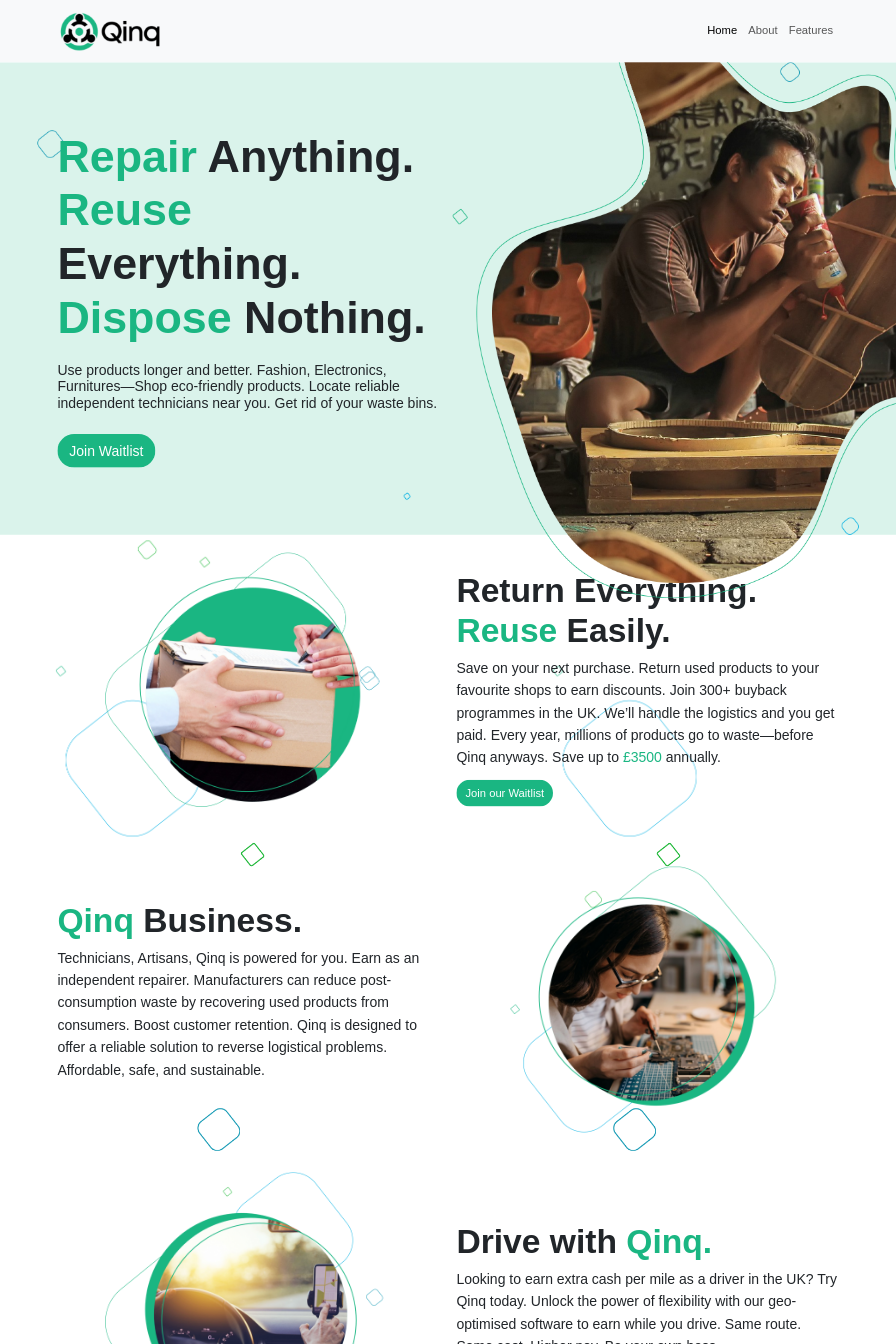
Repository: HelloQinq2023/qinq.github.io
Page: index.html
The author's editor kept a copy of each file at every save. The page is drawn from the files as they stood at one save, then again after the next save.
The browser window is 1280 px wide. The pictures show the part of the page from y = 0 to 1920 px (the page is 2650 px tall before and 2619 px after), at 70% of full size.
Backgrounds fixed to the window are drawn as part of the page. Some web fonts or font styles are not loaded; a fallback is used.

Above is the page before, as saved 2023-02-23 12:49:32.

### index.html
<!doctype html>
<html lang="en">
  <head>
    <meta charset="utf-8">
    <meta name="viewport" content="width=device-width, initial-scale=1">
    <title>Qinq</title>
    <link href="https://cdn.jsdelivr.net/npm/bootstrap@5.3.0-alpha1/dist/css/bootstrap.min.css" rel="stylesheet" integrity="sha384-GLhlTQ8iRABdZLl6O3oVMWSktQOp6b7In1Zl3/Jr59b6EGGoI1aFkw7cmDA6j6gD" crossorigin="anonymous">
    <link rel="stylesheet" type="text/css" href="css/style.css" />
    <link rel="icon" href="images/fav/favicon.ico" sizes="16x16" />

  </head>
  <body>
    <nav class="navbar navbar-expand-lg bg-body-tertiary" style="z-index:2">
        <div class="container">
          <a class="navbar-brand" href="#"><img src="images/logo.png" class="w-50"></a>
          <button class="navbar-toggler" type="button" data-bs-toggle="collapse" data-bs-target="#navbarNav" aria-controls="navbarNav" aria-expanded="false" aria-label="Toggle navigation">
            <span class="navbar-toggler-icon"></span>
          </button>
          <div class="collapse navbar-collapse" id="navbarNav">
            <ul class="navbar-nav ms-auto">
              <li class="nav-item">
                <a class="nav-link active" aria-current="page" href="#">Home</a>
              </li>
              <li class="nav-item">
                <a class="nav-link" href="#">About</a>
              </li>
              <li class="nav-item">
                <a class="nav-link" href="#">Features</a>
              </li>
            </ul>
          </div>
        </div>
      </nav>

      <section id="hero" style="background:url('images/herobg.png'), rgba(26,182,130, 0.16);  background-size:contain; background-repeat: no-repeat;  background-attachment: fixed; background-position: center;" class="py-5">
        <div class="container py-5">
            <div class="row">
                <div class="col-md-6">
                    <h1 class="display-3" style="font-weight:600">
                        <span class="green">Repair</span> Anything. <br>
                        <span class="green">Reuse</span> Everything.<br>
                        <span class="green">Dispose</span> Nothing.
                    </h1>
                    <p class="mt-4 h5" >Use products longer and better.
                        Fashion, Electronics, Furnitures—Shop eco-friendly products. Locate reliable independent technicians near you. Get rid of your waste bins.</p>

                        <button class="btn mt-4 rounded-pill greenbg text-white btn-lg btn-outline-0" type="button" data-bs-toggle="modal" data-bs-target="#exampleModal">Join Waitlist</button>

                </div>
                <div class="col-md-6 d-flex justify-content-center align-items-center ">
                    <img src="images/wm2.png" style="position:absolute; top:10; right:0; width:600px; float:right" class="d-none d-md-block">
                </div>
            </div>
        </div>
      </section>


      <section id="about"  class="pt-2 d-block d-md-none">
        <div class="container py-5 mt-2" style="background:url('images/about1section.png'); background-size:contain">
          <div class="row">
              <div class="col-md-6 d-flex justify-content-center align-items-center">
                  <img src="images/about1.png" class="w-75 img-fluid img-responsive img">
              </div>
              <div class="col-md-6 d-flex justify-content-center align-items-center">
                  <div>
                      <h2 class="display-5" style="font-weight:600">About<span class="green"> Qinq</span></h2>
                      <p>Qinq extends your favourite products’ lifespans with the magic of now.
                          Originating from “kink” meaning “a sharp curve in something that is otherwise straight”. Similarly, Qinq closes the product use loops—repair and reuse easily. Endless possibilities to earn, save and share.</p>
                  </div>
              </div>
          </div>
      </div>


      <div class="container py-3 mt-2" style="background:url('images/about2section.png'); background-size:contain">
          <div class="row">
              <div class="col-md-6 d-flex justify-content-center align-items-center">
                  <div>
                      <h2 class="display-5" style="font-weight:600">Don’t Bin It. <span class="green">Qinq</span> it.</h2>
                      <p>Furnitures, Electronics, Fashion.
                          Many abandoned products are easily fixable. Qinq ensures they last longer— for both the environment and your wallet.
                          Repair with your favourite brands and 1000+ verified affordable independent technicians at your fingertips.
                          <br>
                          Request a pick up at the incredible speed of now.</p>
                          <button class="btn greenbg text-white rounded-pill"> Join our Waitlist</button>
                  </div>
              </div>
              <div class="col-md-6 d-flex justify-content-center align-items-center">
                  <img src="images/about2.png" class="w-75 img-fluid img-responsive img">
              </div>
          </div>

      </div>
    </section>
      <section id="about"  class="pt-5 mt-2 d-block d-md-none  d-none d-md-block">
        <div class="container py-5 mt-5" style="background:url('images/about1section.png'); background-size:contain">
            <div class="row">
                <div class="col-md-6 d-flex justify-content-center align-items-center">
                    <img src="images/about1.png" class="w-75 img-fluid img-responsive img">
                </div>
                <div class="col-md-6 d-flex justify-content-center align-items-center">
                    <div>
                        <h2 class="display-5" style="font-weight:600">About<span class="green"> Qinq</span></h2>
                        <p>Qinq extends your favourite products’ lifespans with the magic of now.
                            Originating from “kink” meaning “a sharp curve in something that is otherwise straight”. Similarly, Qinq closes the product use loops—repair and reuse easily. Endless possibilities to earn, save and share.</p>
                    </div>
                </div>
            </div>
        </div>


        <div class="container py-3 mt-2" style="background:url('images/about2section.png'); background-size:contain">
            <div class="row">
                <div class="col-md-6 d-flex justify-content-center align-items-center">
                    <div>
                        <h2 class="display-5" style="font-weight:600">Don’t Bin It. <span class="green">Qinq</span> it.</h2>
                        <p>Furnitures, Electronics, Fashion.
                            Many abandoned products are easily fixable. Qinq ensures they last longer— for both the environment and your wallet.
                            Repair with your favourite brands and 1000+ verified affordable independent technicians at your fingertips.
                            <br>
                            Request a pick up at the incredible speed of now.</p>
                            <button class="btn greenbg text-white rounded-pill"> Join our Waitlist</button>
                    </div>
                </div>
                <div class="col-md-6 d-flex justify-content-center align-items-center">
                    <img src="images/about2.png" class="w-75 img-fluid img-responsive img">
                </div>
            </div>

        </div>
      </section>

      <section id="features">
        <div class="container py-3 mt-2" style="background:url('images/about2section.png'); background-size:contain; background-position:50% 50%">
            <div class="row">
                <div class="col-md-6 d-flex justify-content-center align-items-center">
                    <img src="images/features.png" class="w-75 img-fluid img-responsive img">
                </div>
                <div class="col-md-6 d-flex justify-content-center align-items-center">
                    <div>
                        <h2 class="display-5" style="font-weight:600">Return Everything.<span class="green"> Reuse</span> Easily.</h2>
                        <p>Save on your next purchase. Return used products to your favourite shops to earn discounts. Join 300+ buyback programmes in the UK. We’ll handle the logistics and you get paid.
                            Every year, millions of products go to waste—before Qinq anyways. Save up to <span class="green">£3500</span> annually.</p>

                            <button class="btn greenbg text-white rounded-pill"> Join our Waitlist</button>
                    </div>
                </div>
            </div>
        </div>

        <div class="container py-3 mt-2" style="background:url('images/features2bg.png'); background-size:contain; background-position:center 10%">
            <div class="row">
                <div class="col-md-6 d-flex justify-content-center align-items-center">
                    <div>
                        <h2 class="display-5" style="font-weight:600"><span class="green">Qinq</span> Business.</h2>
                        <p>Technicians, Artisans, Qinq is powered for you. Earn as an independent repairer.
                            Manufacturers can reduce post-consumption waste by recovering used products from consumers. Boost customer retention. Qinq is designed to offer a reliable solution to reverse logistical problems. Affordable, safe, and sustainable.</p>
                    </div>
                </div>
                <div class="col-md-6 d-flex justify-content-center align-items-center">
                    <img src="images/features1.png" class="w-75 img-fluid img-responsive img">
                </div>
            </div>

        </div>


        <div class="container py-3 mt-2">
            <div class="row">
                <div class="col-md-6 d-flex justify-content-center align-items-center">
                    <img src="images/features2.png" class="w-75 img-fluid img-responsive img">
                </div>
                <div class="col-md-6 d-flex justify-content-center align-items-center">
                    <div>
                        <h2 class="display-5" style="font-weight:600">Drive with<span class="green"> Qinq.</span></h2>
                        <p>Looking to earn extra cash per mile as a driver in the UK? Try Qinq today.
                            Unlock the power of flexibility with our geo-optimised software to earn while you drive.
                            Same route. Same cost. Higher pay. Be your own boss.</p>

                            <button class="btn greenbg text-white rounded-pill"> Join our Waitlist</button>
                    </div>
                </div>
            </div>
        </div>
      </section>

      <section id="imagine" class="py-5" style="background-image:url('images/footerbg.png'); background-size:contain">
        <div class="container text-center py-5 text-white">
            <h2 class="display-5" style="font-weight:600">Imagine a world without waste bins? Exhilarating.</h2>
            <p>Qinq embodies a co-creative culture.
                Our mission is definite and eloquent. However, we need your support actualise our vision. Let’s journey together for people, planet and prosperity.</p>
                <button class="btn bg-white green rounded-pill py-2 px-3">Lend your Support</button>
        </div>
      </section>

      <section id="footer">
       <div class="container pt-3 pb-5">
        <div class="row">
          <div class="col-md-4">
            <a class="navbar-brand" href="#"><img src="images/logo.png" class="w-25"></a>
          </div>

          <div class="col-md-4 ">
            <div class="d-flex justify-content-center align-items-center">
            <div class="d-none d-md-block">
              <div class="d-inline p-3">Home</div>
              <div class="d-inline p-3">About</div>
              <div class="d-inline p-3">Features</div>
            </div>
          </div>

            <div class="d-block d-md-none float-left mt-3">
              <span class="d-block p-2">Home</span>
              <span class="d-block p-2">About</span>
              <span class="d-block p-2">Features</span>
            </div>
          </div>

          <div class="col-md-4 d-flex justify-content-center align-items-center">
              <div class="d-inline p-3"><img src="images/fb.png" width="30" height="30"></div>
              <div class="d-inline p-3"><img src="images/ig.png" width="30" height="30"></div>
              <div class="d-inline p-3"><img src="images/twitter.png" width="30" height="30"></div>
          </div>
        </div>
       </div>
      </section>
      <!----MODAL-->
      <div class="modal fade" id="exampleModal" tabindex="-1" role="dialog" aria-labelledby="exampleModalLabel" aria-hidden="true">
        <div class="modal-dialog" role="document">
          <div class="modal-content">
            <div class="modal-header">
              <h5 class="modal-title" id="exampleModalLabel">Form</h5>
              <button type="button" class="close" data-dismiss="modal" aria-label="Close">
                <span aria-hidden="true">&times;</span>
              </button>
            </div>
            <form>
            <div class="modal-body">
                    <div class="form-group">
                      <label for="exampleInputEmail1">Name</label>
                      <input type="text" class="form-control" id="exampleInputEmail1" aria-describedby="emailHelp" placeholder="Enter Name">
                      <small id="emailHelp" class="form-text text-muted">We'll like to know you on a more friendly basis</small>
                    </div>

                    <div class="form-group">
                      <label for="exampleInputEmail1">Email address</label>
                      <input type="email" class="form-control" id="exampleInputEmail1" aria-describedby="emailHelp" placeholder="Enter email">
                      <small id="emailHelp" class="form-text text-muted">We'll never share your email with anyone else.</small>
                    </div>

                    <label></label>
                    <select class="form-select" aria-label="Default select example">
                        <option selected>Use Longer</option>
                        <option value="1">Repairer</option>
                        <option value="2">Business</option>
                        <option value="3">Drive</option>
                      </select>
            </div>
            <div class="modal-footer">
              <button type="button" class="btn btn-secondary" data-dismiss="modal">Close</button>
              <button type="button" class="btn btn-primary">Submit</button>
            </div>
        </form>
          </div>
        </div>
      </div>
    </body>
    <script src="https://code.jquery.com/jquery-3.6.3.js" integrity="sha256-nQLuAZGRRcILA+6dMBOvcRh5Pe310sBpanc6+QBmyVM=" crossorigin="anonymous"></script>
    <script src="https://cdn.jsdelivr.net/npm/@popperjs/core@2.11.6/dist/umd/popper.min.js" integrity="sha384-oBqDVmMz9ATKxIep9tiCxS/Z9fNfEXiDAYTujMAeBAsjFuCZSmKbSSUnQlmh/jp3" crossorigin="anonymous"></script>
<script src="https://cdn.jsdelivr.net/npm/bootstrap@5.3.0-alpha1/dist/js/bootstrap.min.js" integrity="sha384-mQ93GR66B00ZXjt0YO5KlohRA5SY2XofN4zfuZxLkoj1gXtW8ANNCe9d5Y3eG5eD" crossorigin="anonymous"></script></html>

### css/style.css
@import url('https://fonts.cdnfonts.com/css/mont');

body{
	font-family: 'Mont', sans-serif;
}

p{
	font-weight:normal;
	font-size:20px;
	line-height:32px
}
.green{
    color:#1ab682
}

.greenbg{
    background-color: #1ab682;
}

.bounce{
    animation: bounce 5s infinite;
	-webkit-animation: bounce 5s infinite;
	-moz-animation: bounce 2s infinite;
	-o-animation: bounce 2s infinite;
}

@-webkit-keyframes bounce {
	0%, 20%, 50%, 80%, 100% {-webkit-transform: translateY(0);}
	40% {-webkit-transform: translateY(-30px);}
}

@-moz-keyframes bounce {
	0%, 20%, 50%, 80%, 100% {-moz-transform: translateY(0);}
}

@-o-keyframes bounce {
	0%, 20%, 50%, 80%, 100% {-o-transform: translateY(0);}
}
@keyframes bounce {
	0%, 20%, 50%, 80%, 100% {transform: translateY(0);}
	40% {-webkit-transform: translateY(-30px);}
}

After the next save:
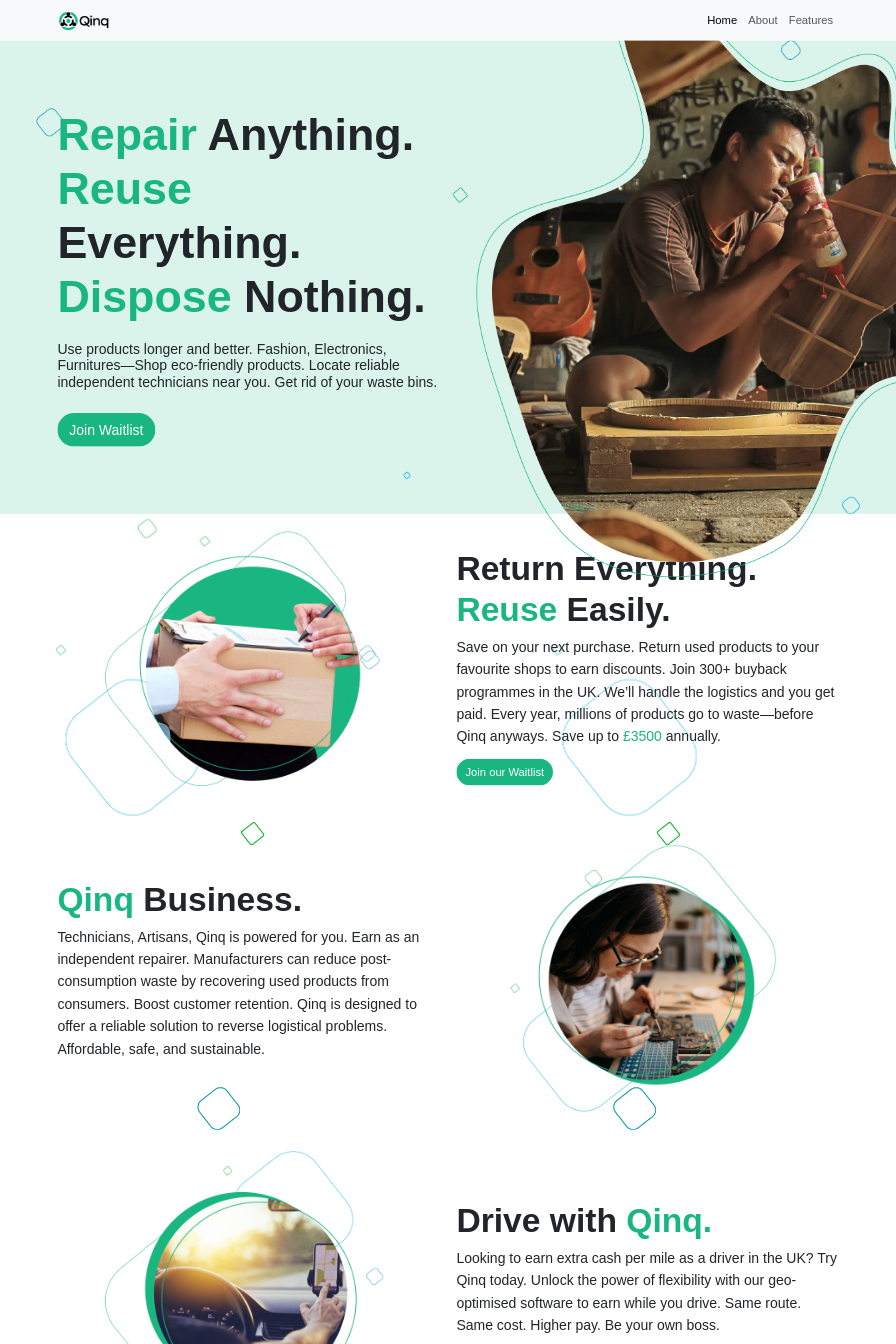
Saved 19 s later.
--- a/index.html
+++ b/index.html
@@ -12,7 +12,7 @@
   <body>
     <nav class="navbar navbar-expand-lg bg-body-tertiary" style="z-index:2">
         <div class="container">
-          <a class="navbar-brand" href="#"><img src="images/logo.png" class="w-50"></a>
+          <a class="navbar-brand" href="#"><img src="images/logo.png" class="w-25"></a>
           <button class="navbar-toggler" type="button" data-bs-toggle="collapse" data-bs-target="#navbarNav" aria-controls="navbarNav" aria-expanded="false" aria-label="Toggle navigation">
             <span class="navbar-toggler-icon"></span>
           </button>

After the save that followed:
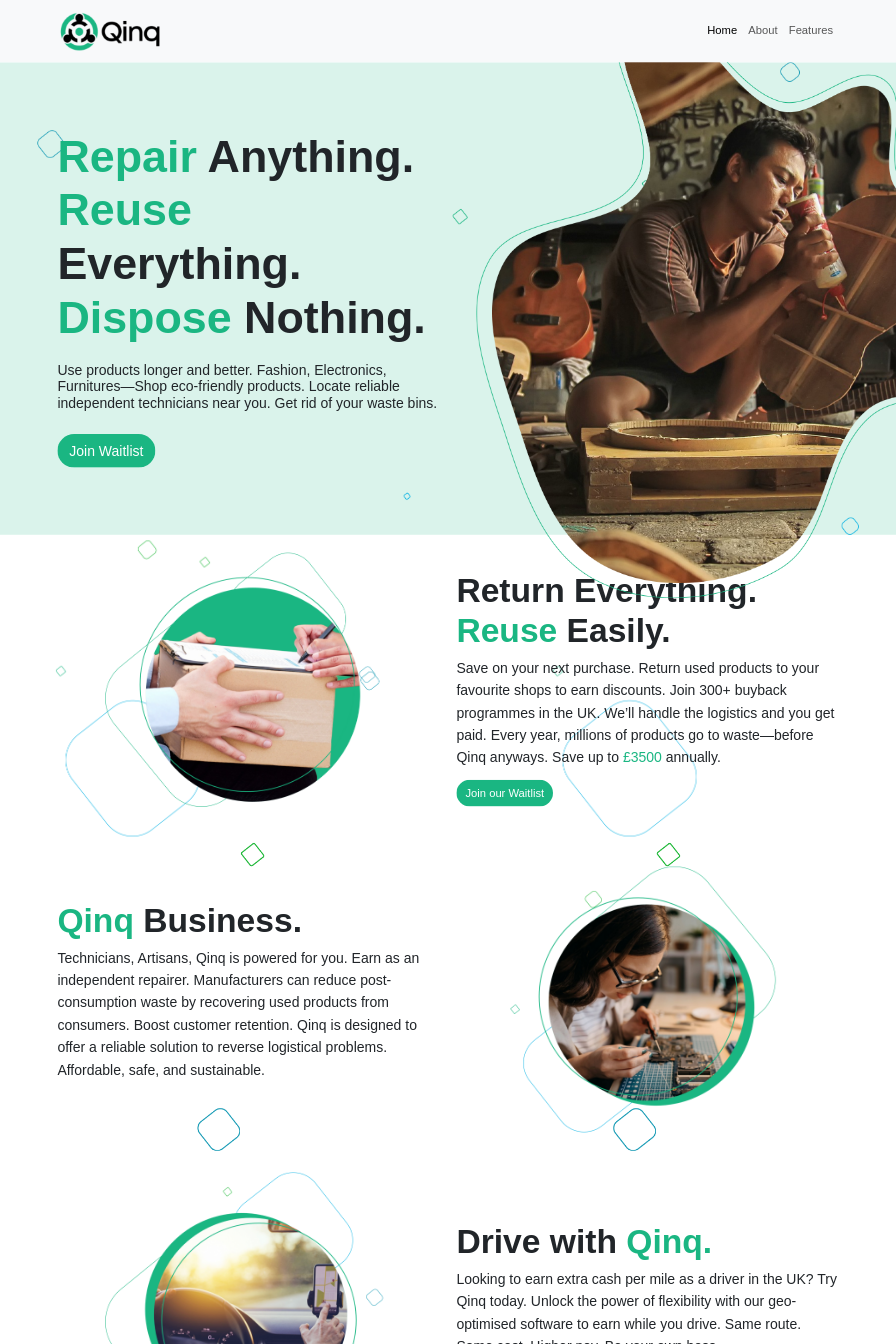
Saved 7 s later.
--- a/index.html
+++ b/index.html
@@ -12,7 +12,7 @@
   <body>
     <nav class="navbar navbar-expand-lg bg-body-tertiary" style="z-index:2">
         <div class="container">
-          <a class="navbar-brand" href="#"><img src="images/logo.png" class="w-25"></a>
+          <a class="navbar-brand" href="#"><img src="images/logo.png" class="w-50"></a>
           <button class="navbar-toggler" type="button" data-bs-toggle="collapse" data-bs-target="#navbarNav" aria-controls="navbarNav" aria-expanded="false" aria-label="Toggle navigation">
             <span class="navbar-toggler-icon"></span>
           </button>
